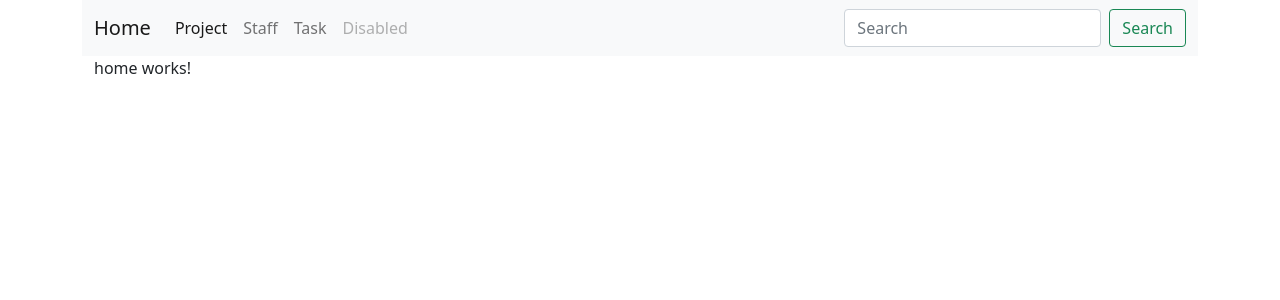
Repository: bro-gitcode/angularProject
Page: / (app in client/)
An editor plug-in stored every save of this project. The page is shown before and after the next save, followed by the edit.
The browser window is 1280 px wide. The pictures show the whole page.
The project was rebuilt for these pictures with package versions that can differ from the ones it lists, and the page was loaded fresh each time. Also part of the build but not shown: client/angular.json, client/src/app/list-project/list-project.component.ts, client/src/app/list-staff/list-staff.component.ts, client/src/app/list-task/list-task.component.ts, client/src/app/edit-project/edit-project.component.ts, client/src/app/edit-staff/edit-staff.component.ts, client/src/app/edit-task/edit-task.component.ts, client/src/app/not-found/not-found.component.ts.

Above is the page before, as saved 2024-06-16 19:42:15.

### client/src/index.html
<!doctype html>
<html lang="en">
<head>
  <meta charset="utf-8">
  <title>Client</title>
  <base href="/">
  <meta name="viewport" content="width=device-width, initial-scale=1">
  <link rel="icon" type="image/x-icon" href="favicon.ico">
  <link href="https://cdn.jsdelivr.net/npm/bootstrap@5.0.2/dist/css/bootstrap.min.css" rel="stylesheet" integrity="sha384-EVSTQN3/azprG1Anm3QDgpJLIm9Nao0Yz1ztcQTwFspd3yD65VohhpuuCOmLASjC" crossorigin="anonymous">
</head>
<body>
  <div class="container">
    <app-root></app-root>
  </div>
<script src="https://cdn.jsdelivr.net/npm/bootstrap@5.0.2/dist/js/bootstrap.bundle.min.js" integrity="sha384-MrcW6ZMFYlzcLA8Nl+NtUVF0sA7MsXsP1UyJoMp4YLEuNSfAP+JcXn/tWtIaxVXM" crossorigin="anonymous"></script>
</body>
</html>

### client/src/app/app.component.ts
import { Component } from '@angular/core';
import { RouterLink, RouterModule, RouterOutlet } from '@angular/router';

@Component({
  selector: 'app-root',
  standalone: true,
  imports: [RouterOutlet,RouterLink,RouterModule],
  templateUrl: './app.component.html',
  styleUrl: './app.component.css'
})
export class AppComponent {
  title = 'client';
}

### client/src/app/app.routes.ts
import { Routes } from '@angular/router';
import { HomeComponent } from './home/home.component';
import { ListProjectComponent } from './list-project/list-project.component';
import { ListStaffComponent } from './list-staff/list-staff.component';
import { ListTaskComponent } from './list-task/list-task.component';
import { EditProjectComponent } from './edit-project/edit-project.component';
import { EditStaffComponent } from './edit-staff/edit-staff.component';
import { EditTaskComponent } from './edit-task/edit-task.component';
import { NotFoundComponent } from './not-found/not-found.component';

export const routes: Routes = [
    {path:'',component: HomeComponent},
    {path:'project',component:ListProjectComponent},
    {path:'staff',component:ListStaffComponent},
    {path:'task',component:ListTaskComponent},
    {path:'project/edit/:id',component:EditProjectComponent},
    {path:'staff/edit/:id',component:EditStaffComponent},
    {path:'task/edit/:id',component:EditTaskComponent},
    {path:'**',component:NotFoundComponent},

];

### client/src/app/app.component.html
<nav class="navbar navbar-expand-lg navbar-light bg-light">
  <div class="container-fluid">
    <a class="navbar-brand" href="#" routerLink="/">Home</a>
    <button class="navbar-toggler" type="button" data-bs-toggle="collapse" data-bs-target="#navbarSupportedContent" aria-controls="navbarSupportedContent" aria-expanded="false" aria-label="Toggle navigation">
      <span class="navbar-toggler-icon"></span>
    </button>
    <div class="collapse navbar-collapse" id="navbarSupportedContent">
      <ul class="navbar-nav me-auto mb-2 mb-lg-0">
        <li class="nav-item">
          <a class="nav-link active" aria-current="page" href="#">Project</a>
        </li>
        <li class="nav-item">
          <a class="nav-link" href="#">Staff</a>
        </li>
        <li class="nav-item">
          <a class="nav-link" href="#">Task</a>
        </li>
        <!-- <li class="nav-item dropdown">
          <a class="nav-link dropdown-toggle" href="#" id="navbarDropdown" role="button" data-bs-toggle="dropdown" aria-expanded="false">
            Dropdown
          </a>
          <ul class="dropdown-menu" aria-labelledby="navbarDropdown">
            <li><a class="dropdown-item" href="#">Action</a></li>
            <li><a class="dropdown-item" href="#">Another action</a></li>
            <li><hr class="dropdown-divider"></li>
            <li><a class="dropdown-item" href="#">Something else here</a></li>
          </ul>
        </li> -->
        <li class="nav-item">
          <a class="nav-link disabled" href="#" tabindex="-1" aria-disabled="true">Disabled</a>
        </li>
      </ul>
      <form class="d-flex">
        <input class="form-control me-2" type="search" placeholder="Search" aria-label="Search">
        <button class="btn btn-outline-success" type="submit">Search</button>
      </form>
    </div>
  </div>
</nav>

<main class="container">
  <router-outlet></router-outlet>
</main>

Loaded but not shown: client/src/styles.css (common file); client/src/main.ts (common file); client/src/app/app.config.ts (common file); client/src/app/home/home.component.ts (common file); client/src/app/home/home.component.html (common file); client/src/app/app.component.css (no stored copy; drawn as an empty file); client/src/app/home/home.component.css (no stored copy; drawn as an empty file)

After the next save:
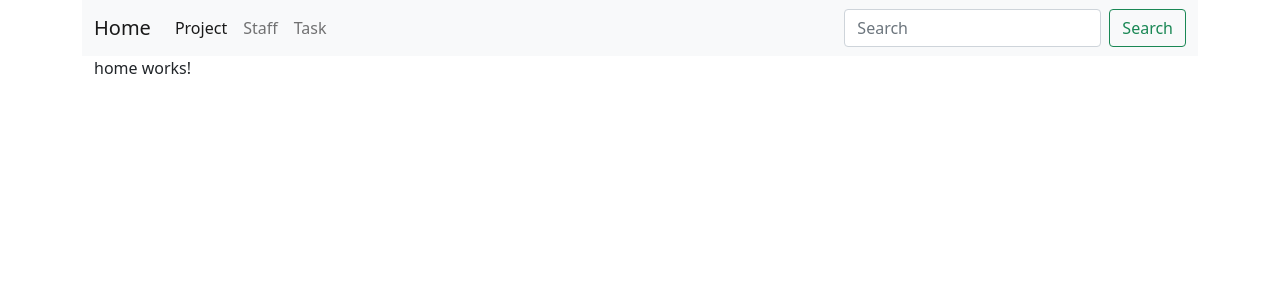
Saved 6 s later.
--- a/client/src/app/app.component.html
+++ b/client/src/app/app.component.html
@@ -26,9 +26,9 @@
             <li><a class="dropdown-item" href="#">Something else here</a></li>
           </ul>
         </li> -->
-        <li class="nav-item">
+        <!-- <li class="nav-item">
           <a class="nav-link disabled" href="#" tabindex="-1" aria-disabled="true">Disabled</a>
-        </li>
+        </li> -->
       </ul>
       <form class="d-flex">
         <input class="form-control me-2" type="search" placeholder="Search" aria-label="Search">
